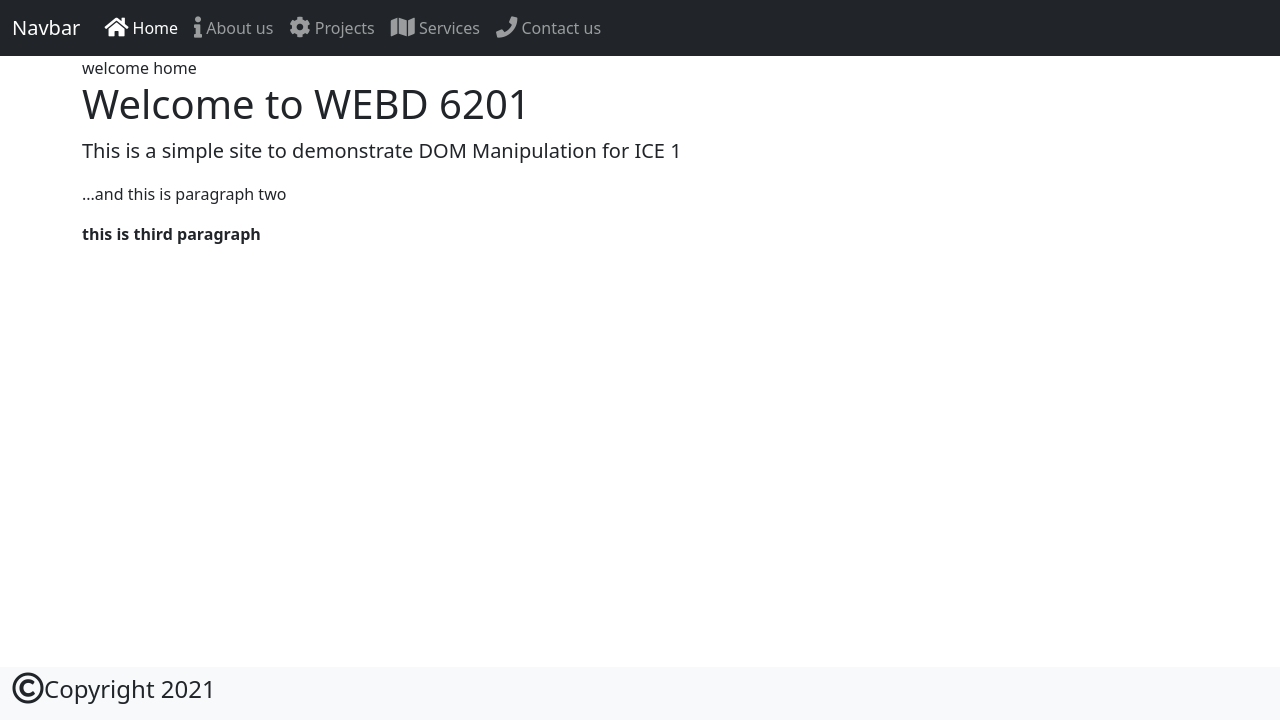
Repository: Hasib001/WEBD6201---W2021---ICE-1
Page: index.html
The author's editor kept a copy of each file at every save. The page is drawn from the files as they stood at one save, then again after the next save.
The browser window is 1280 px wide. The pictures show the whole page.

Above is the page before, as saved 2021-02-06 13:51:03.

After the next save:
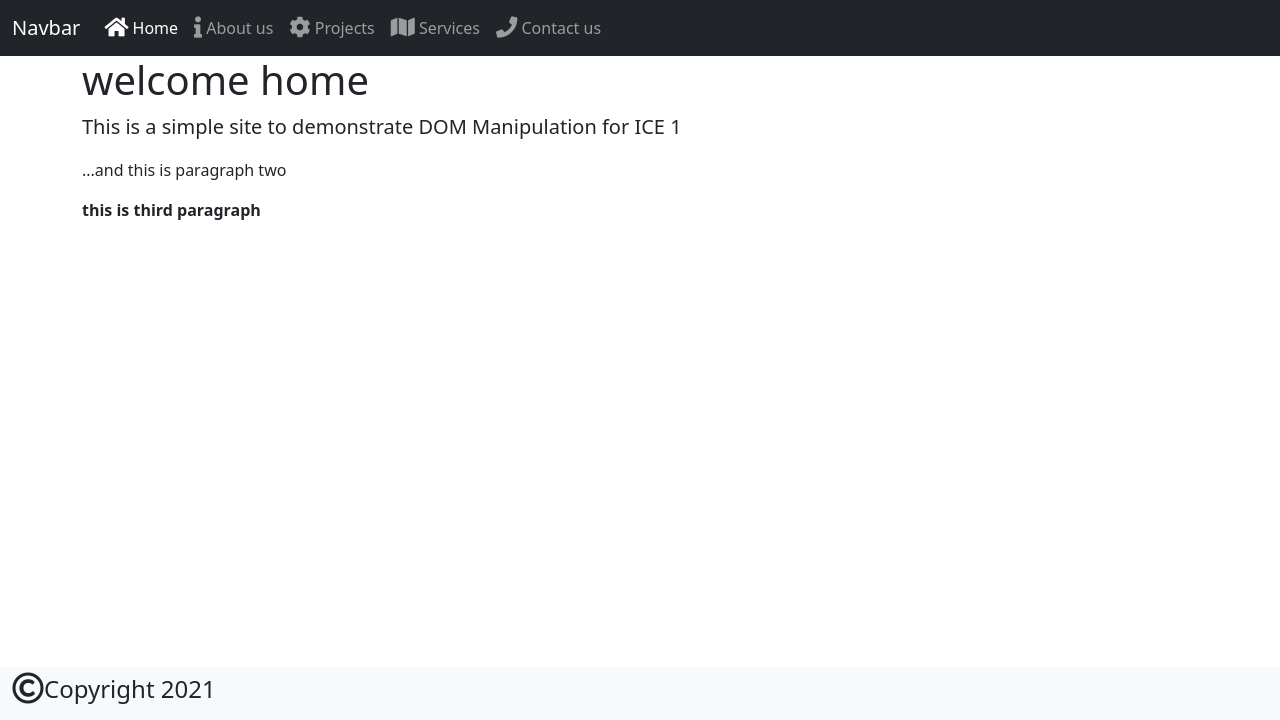
Saved 107 s later.
--- a/Scripts/app.js
+++ b/Scripts/app.js
@@ -51,7 +51,7 @@
         //paragraphOneElement.remove();
 
         //update
-        mainContent.firstChild.textContent = "welcome home";
+        mainContent.firstElementChild.textContent = "welcome home";
 
 
 
